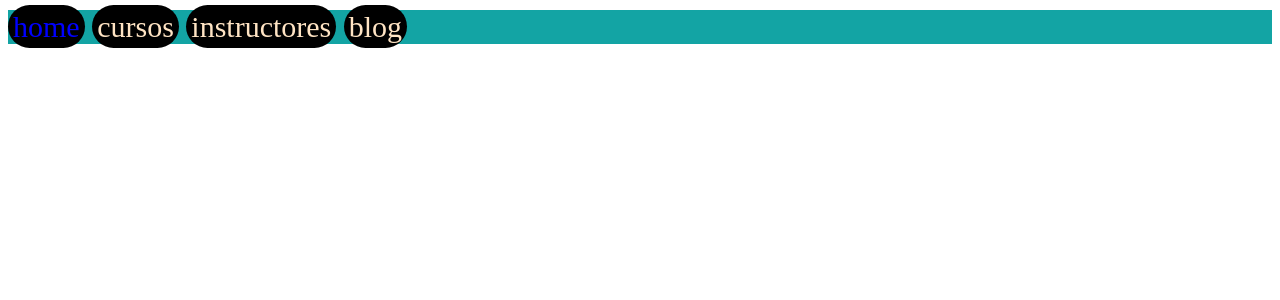
Repository: Daniel009980/daniel0099980
Page: pseudoclase/index.html
These files come from the project's save history. The page is drawn as it stood at one moment and after the next save; the edit follows.
The browser window is 1280 px wide. The pictures show the whole page.
The first visible `.main-nav__item a` is being pressed.

Above is the page before, as saved 2022-09-12 18:51:20.

After the next save:
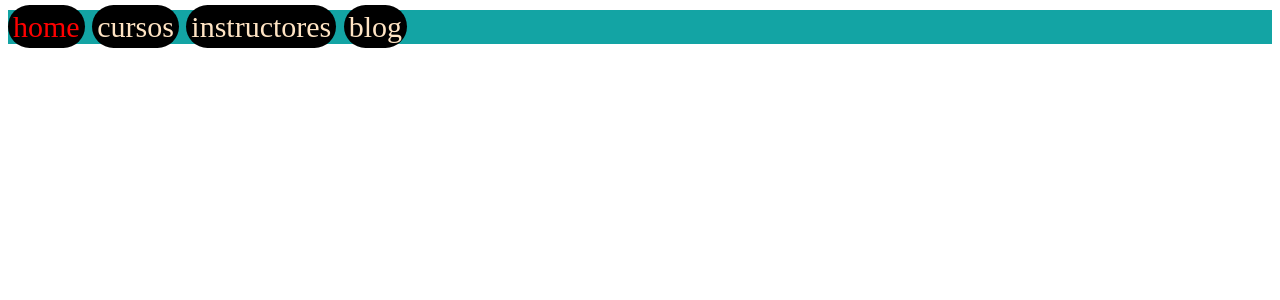
Saved 26 s later.
--- a/pseudoclase/style.css
+++ b/pseudoclase/style.css
@@ -25,3 +25,7 @@ background-color: black;
     color: blue;
 
 }
+
+.main-nav__item a:active {
+    color: red;
+}
